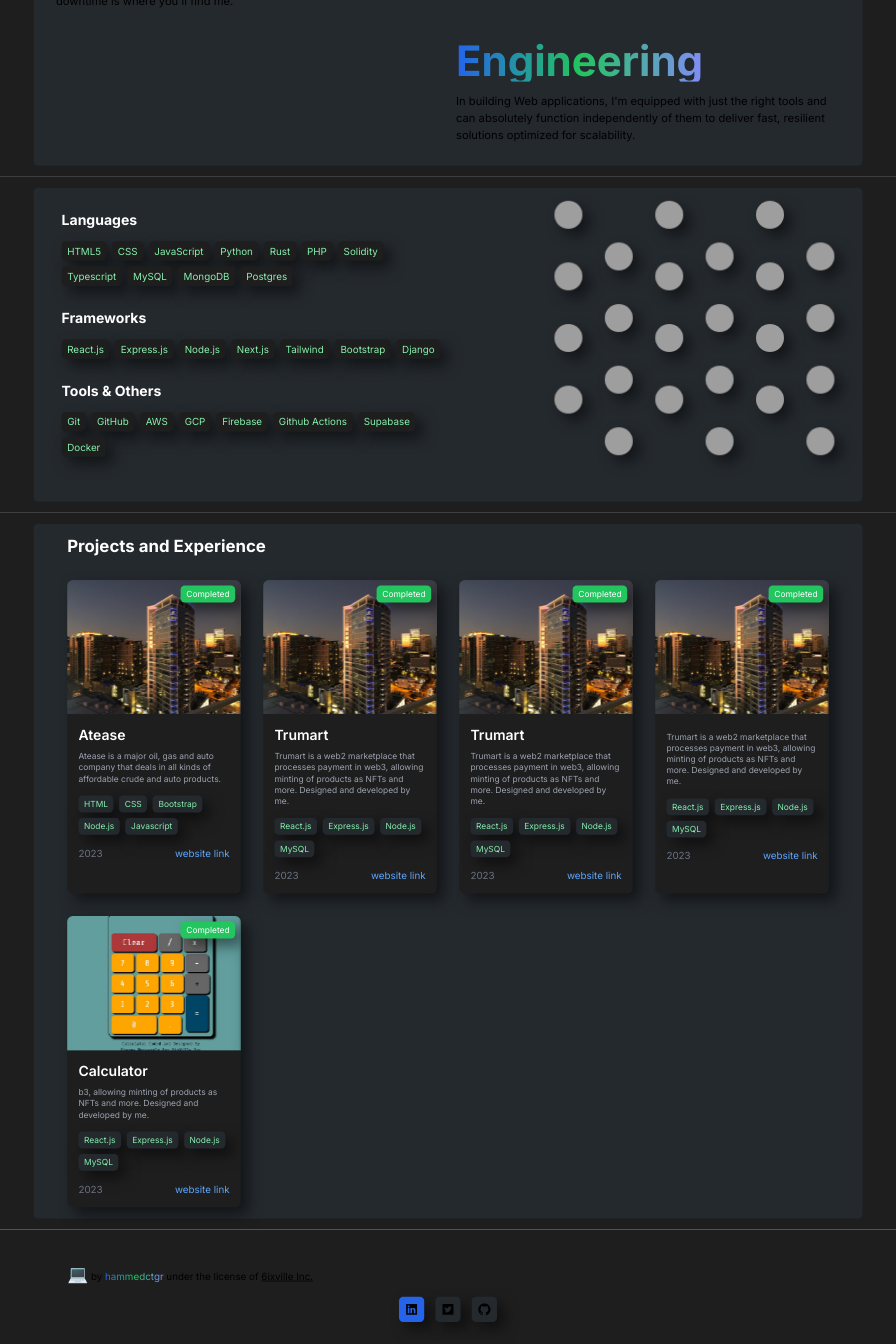
Repository: muhammedctgr/hammedctgr
Page: /
The author's editor kept a copy of each file at every save. The page is drawn from the files as they stood at one save, then again after the next save.
The browser window is 1280 px wide. The pictures show the part of the page from y = 792 to 2712 px (the page is 2712 px tall before and 2680 px after), at 70% of full size.
Pictures or frames that could not be fetched are drawn as grey boxes. The project was rebuilt for these pictures with package versions that can differ from the ones it lists, and the page was loaded fresh each time. The framework's server and built-in components were replaced by stand-ins that run in the browser. Also part of the build but not shown: next.config.mjs.

Above is the page before, as saved 2024-08-16 12:02:09.

### app/layout.tsx
import type { Metadata } from "next";
import { Inter } from "next/font/google";
import "./globals.css";

const inter = Inter({ subsets: ["latin"] });

export const metadata: Metadata = {
  title: "Popoola Muhammed",
  description: "Generated by create next app",
};

export default function RootLayout({
  children,
}: Readonly<{
  children: React.ReactNode;
}>) {
  return (
    <html lang="en">
      <body className={inter.className}>{children}</body>
    </html>
  );
}

### app/page.tsx
import Head from 'next/head';
import Hero from '../components/Hero';
import SkillsSection from '@/components/SkillsSection';
import SummarySection from '@/components/SummarySection';
import ProjectsSection from '@/components/ProjectsSection';
import Footer from '@/components/Footer';

const Home = () => (
  <div>
    <Head>
      <title>Popoola Muhammed | Fullstack Dev</title>
      <meta name="description" content="Welcome to my developer portfolio" />
    </Head>

    <Hero />
    <SummarySection />
    <SkillsSection />
    <ProjectsSection />
    <Footer />
  </div>
);

export default Home;

### app/globals.css
@tailwind base;
@tailwind components;
@tailwind utilities;

:root {
  --foreground-rgb: 0, 0, 0;
  --background-start-rgb: 214, 219, 220;
  --background-end-rgb: 255, 255, 255;
}

@media (prefers-color-scheme: dark) {
  :root {
    --foreground-rgb: 255, 255, 255;
    --background-start-rgb: 0, 0, 0;
    --background-end-rgb: 0, 0, 0;
  }
}

body {
  color: rgb(var(--foreground-rgb));
  background: linear-gradient(
      to bottom,
      transparent,
      rgb(var(--background-end-rgb))
    )
    rgb(var(--background-start-rgb));
}

@layer utilities {
  .text-balance {
    text-wrap: balance;
  }
}


@keyframes upDown {
  0%, 100% {
    transform: translateY(0);
  }
  50% {
    transform: translateY(-10px); /* Adjust the value as needed */
  }
}

.animate-upDown {
  animation: upDown 2s infinite ease-in-out; /* Adjust duration as needed */
}


@keyframes scroll-medium {
  0% {
    transform: translateY(-100%);
  }
  100% {
    transform: translateY(100%);
  }
}

@keyframes scroll-fast {
  0% {
    transform: translateY(-100%);
  }
  100% {
    transform: translateY(30vh);
  }
}

@keyframes scroll-upfast {
  0% {
    transform: translateY(100%);
  }
  100% {
    transform: translateY(-30vh);
  }
}

.animate-scroll-upfast {
  animation: scroll-upfast 2s linear infinite;
}

.animate-scroll-fast {
  animation: scroll-fast 2s linear infinite;
}

.animate-scroll-medium {
  animation: scroll-medium 6s linear infinite;
}

.animate-scroll-delay {
  animation-delay: 2s;
}

.animate-scroll-delay-long {
  animation-delay: 4s;
}

.animate-scroll {
  animation: scroll 10s linear infinite;
}

.neumorph {
  border-radius: 5px;
  background: linear-gradient(145deg, #161414, #1a1818);
  box-shadow:  5px 5px 10px #111010,
               -5px -5px 10px #1f1c1c;
}

@keyframes slide {
  0% { transform: translateX(0); }
  100% { transform: translateX(-100%); }
}

.infinite-scroll {
  display: flex;
  animation: slide 2s ease-in-out infinite;
}

.infinite-scroll img {
  min-width: 100%;
}

### components/Hero.tsx
import Image from 'next/image';
import profilePic from '../public/profile.png';
import { AiFillLinkedin, AiFillGithub, AiFillTwitterSquare, AiFillX } from 'react-icons/ai';

const Hero = () => {
  return (
    <section className="bg-gptGray px-4 py-4 md:pt-8 md:px-8 lg:px-12 text-white flex items-center">
  <div className="container bg-githubGray shadow-lg rounded-md mx-auto flex flex-col md:flex-row md:px-2 relative overflow-hidden">
    <div className="flex-1 text-left p-4 md:p-8">
      <div className="inline-block bg-blue-600 text-black py-1 px-3 mb-4 rounded-md">
        Hi, I’m
      </div>
      <div className="mb-6">
        <h1 className="text-xl md:text-3xl font-bold">Popoola Muhammed</h1>
        <p className="mt-2 text-lg md:text-xl">Full-Stack Developer, I build and manage</p>
      </div>
      <ul className="mt-4 list-disc list-inside text-xs md:text-base">
        <li>Highly Optimized and Responsive <span className="text-blue-600">FRONT-END</span></li>
        <li>Secure and Scalable <span className="text-blue-600">BACK-END & DATABASE</span></li>
        <li><span className="text-blue-600">IT</span> Infrastructure</li>
      </ul>
      <div className="mt-6">
        <a href="#contact" className="underline">Let’s Connect</a>
        <div className="mt-2 flex justify-start space-x-4">
          <a href="#" className="bg-blue-600 p-2 rounded-md shadow-deep-all transform transition-transform duration-300 hover:scale-110">
            <AiFillLinkedin size={20} />
          </a>
          <a href="#" className="bg-githubGray p-2 rounded-md shadow-deep-all transform transition-transform duration-300 hover:scale-110">
            <AiFillTwitterSquare size={20} />
          </a>
          <a href="#" className="bg-githubGray p-2 rounded-md shadow-deep-all transform transition-transform duration-300 hover:scale-110">
            <AiFillGithub size={20} />
          </a>
        </div>
      </div>
    </div>
    <div className="relative flex-1 p-4 md:p-8">
      <img src="https://cdn.jsdelivr.net/gh/devicons/devicon@latest/icons/python/python-original.svg" className="right-4 w-8 h-8 md:w-16 md:h-16 lg:w-16 lg:h-16 bg-gptGray rounded-md animate-bounce shadow-deep-all" />
      <div className="relative w-40 h-40 md:w-72 md:h-72 lg:w-96 lg:h-96 mx-auto">
        <Image src={profilePic} alt="Popoola Muhammed" layout="fill" className="rounded-full object-cover animate-upDown" />
      </div>
      <img src="https://cdn.jsdelivr.net/gh/devicons/devicon@latest/icons/rust/rust-original.svg"  className="w-8 h-8 md:w-16 md:h-16 lg:w-16 lg:h-16 bg-gptGray rounded-3xl shadow-deep-all animate-bounce absolute top-8 right-4" />
      <img src="https://cdn.jsdelivr.net/gh/devicons/devicon@latest/icons/javascript/javascript-original.svg" className="w-8 h-8 md:w-12 md:h-12 lg:w-12 lg:h-12 bg-gptGray rounded-md animate-bounce shadow-deep-all" />
    </div>
    <img src="https://cdn.jsdelivr.net/gh/devicons/devicon@latest/icons/nextjs/nextjs-original.svg" className="w-8 h-8 md:w-12 md:h-12 lg:w-12 lg:h-12 bg-gptGray rounded-3xl shadow-deep-all animate-bounce absolute bottom-4 right-36" />
  </div>
</section>
  );
};

export default Hero;

### components/SkillsSection.tsx
import Image from 'next/image';
import { FC } from 'react';

interface SkillCategory {
  title: string;
  skills: { name: string; }[];
}

const skills: SkillCategory[] = [
  {
    title: "Languages",
    skills: [
      { name: "HTML5",  },
      { name: "CSS", },
      { name: "JavaScript",  },
      { name: "Python", },
      { name: "Rust",  },
      { name: "PHP", },
      { name: "Solidity",  },
      { name: "Typescript",  },
      { name: "MySQL",  },
      { name: "MongoDB", },
      { name: "Postgres", },
    ],
  },
  {
    title: "Frameworks",
    skills: [
      { name: "React.js", },
      { name: "Express.js",  },
      { name: "Node.js", },
      { name: "Next.js", },
      { name: "Tailwind", },
      { name: "Bootstrap", },
      { name: "Django", }
    ],
  },
  {
    title: "Tools & Others",
    skills: [
      { name: "Git",  },
      { name: "GitHub",  },
      { name: "AWS", },
      { name: "GCP", },
      { name: "Firebase", },
      { name: "Github Actions", },
      { name: "Supabase",  },
      { name: "Docker",  },
    ],
  },
];

const icons = [
  "/icons/html5.svg", // Replace with your icon paths
  "/icons/css3.svg",
  "/icons/javascript.svg",
  "/icons/python.svg",
  // Add the rest of the icons as needed
];

const SkillsSection: FC = () => {
  return (
  <section className="px-4 py-4 md:px-8 lg:px-12 bg-gptGray text-white w-full h-full">
  <div className="container bg-githubGray rounded-md mx-auto flex flex-col md:flex-row items-start md:px-2">
    <div className="flex-1 p-4 md:p-8">
      {skills.map((category) => (
        <div key={category.title} className="mb-8">
          <h2 className="text-lg md:text-xl font-bold mb-4 ">{category.title}</h2>
          <div className="flex flex-wrap gap-2">
            {category.skills.map((skill) => (
              <span
                key={skill.name}
                className={`px-2 py-1 rounded-md text-sm shadow-deep-all bg-gptGray text-green-300`}
              >
                {skill.name}
              </span>
            ))}
          </div>
        </div>
      ))}
    </div>
    <div className="flex-1 flex flex-col items-center md:items-end overflow-hidden md:pb-8">
      <div className="grid grid-cols-6 md:grid-cols-6 gap-8 p-4 md:p-8">
      <img src="https://cdn.jsdelivr.net/gh/devicons/devicon@latest/icons/html5/html5-original.svg" className="w-10 h-10 md:w-10 md:h-10 lg:w-10 lg:h-10 bg-gptGray rounded-3xl shadow-deep-all mt-4 animate-scroll-fast" />
      <img src="https://cdn.jsdelivr.net/gh/devicons/devicon@latest/icons/css3/css3-original.svg" className="w-10 h-10 md:w-10 md:h-10 lg:w-10 lg:h-10 bg-gptGray rounded-3xl shadow-deep-all mt-4 animate-scroll-upfast" />
      <img src="https://cdn.jsdelivr.net/gh/devicons/devicon@latest/icons/javascript/javascript-original.svg" className="w-10 h-10 md:w-10 md:h-10 lg:w-10 lg:h-10 bg-gptGray rounded-3xl shadow-deep-all mt-4 animate-scroll-fast" />
      <img src="https://cdn.jsdelivr.net/gh/devicons/devicon@latest/icons/python/python-original.svg" className="w-10 h-10 md:w-10 md:h-10 lg:w-10 lg:h-10 bg-gptGray rounded-3xl shadow-deep-all mt-4 animate-scroll-upfast" />
      <img src="https://cdn.jsdelivr.net/gh/devicons/devicon@latest/icons/rust/rust-original.svg"  className="w-10 h-10 md:w-10 md:h-10 lg:w-10 lg:h-10 bg-gptGray rounded-3xl shadow-deep-all mt-4 animate-scroll-fast" />
      <img src="https://cdn.jsdelivr.net/gh/devicons/devicon@latest/icons/php/php-original.svg" className="w-10 h-10 md:w-10 md:h-10 lg:w-10 lg:h-10 bg-gptGray rounded-3xl shadow-deep-all mt-4 animate-scroll-upfast"  />
      <img src="https://cdn.jsdelivr.net/gh/devicons/devicon@latest/icons/solidity/solidity-original.svg" className="w-10 h-10 md:w-10 md:h-10 lg:w-10 lg:h-10 bg-gptGray rounded-3xl shadow-deep-all mt-4 animate-scroll-fast" />
      <img src="https://cdn.jsdelivr.net/gh/devicons/devicon@latest/icons/typescript/typescript-original.svg" className="w-10 h-10 md:w-10 md:h-10 lg:w-10 lg:h-10 bg-gptGray rounded-3xl shadow-deep-all mt-4 animate-scroll-upfast" />
      <img src="https://cdn.jsdelivr.net/gh/devicons/devicon@latest/icons/mysql/mysql-original.svg" className="w-10 h-10 md:w-10 md:h-10 lg:w-10 lg:h-10 bg-gptGray rounded-3xl shadow-deep-all mt-4 animate-scroll-fast" />
      <img src="https://cdn.jsdelivr.net/gh/devicons/devicon@latest/icons/mongodb/mongodb-original.svg" className="w-10 h-10 md:w-10 md:h-10 lg:w-10 lg:h-10 bg-gptGray rounded-3xl shadow-deep-all mt-4 animate-scroll-upfast" />
      <img src="https://cdn.jsdelivr.net/gh/devicons/devicon@latest/icons/react/react-original.svg" className="w-10 h-10 md:w-10 md:h-10 lg:w-10 lg:h-10 bg-gptGray rounded-3xl shadow-deep-all mt-4 animate-scroll-fast" />
      <img src="https://cdn.jsdelivr.net/gh/devicons/devicon@latest/icons/nextjs/nextjs-original.svg" className="w-10 h-10 md:w-10 md:h-10 lg:w-10 lg:h-10 bg-gptGray rounded-3xl shadow-deep-all mt-4 animate-scroll-upfast" />
      <img src="https://cdn.jsdelivr.net/gh/devicons/devicon@latest/icons/tailwindcss/tailwindcss-original.svg" className="w-10 h-10 md:w-10 md:h-10 lg:w-10 lg:h-10 bg-gptGray rounded-3xl shadow-deep-all mt-4 animate-scroll-fast" />
      <img src="https://cdn.jsdelivr.net/gh/devicons/devicon@latest/icons/git/git-original.svg" className="w-10 h-10 md:w-10 md:h-10 lg:w-10 lg:h-10 bg-gptGray rounded-3xl shadow-deep-all mt-4 animate-scroll-upfast" />
      <img src="https://cdn.jsdelivr.net/gh/devicons/devicon@latest/icons/github/github-original.svg" className="w-10 h-10 md:w-10 md:h-10 lg:w-10 lg:h-10 bg-gptGray rounded-3xl shadow-deep-all mt-4 animate-scroll-fast" />
      <img src="https://cdn.jsdelivr.net/gh/devicons/devicon@latest/icons/amazonwebservices/amazonwebservices-original-wordmark.svg" className="w-10 h-10 md:w-10 md:h-10 lg:w-10 lg:h-10 bg-gptGray rounded-3xl shadow-deep-all mt-4 animate-scroll-upfast" />
      <img src="https://cdn.jsdelivr.net/gh/devicons/devicon@latest/icons/googlecloud/googlecloud-original.svg" className="w-10 h-10 md:w-10 md:h-10 lg:w-10 lg:h-10 bg-gptGray rounded-3xl shadow-deep-all mt-4 animate-scroll-fast" />
      <img src="https://cdn.jsdelivr.net/gh/devicons/devicon@latest/icons/postgresql/postgresql-original.svg" className="w-10 h-10 md:w-10 md:h-10 lg:w-10 lg:h-10 bg-gptGray rounded-3xl shadow-deep-all mt-4 animate-scroll-upfast" />
      <img src="https://cdn.jsdelivr.net/gh/devicons/devicon@latest/icons/supabase/supabase-original.svg" className="w-10 h-10 md:w-10 md:h-10 lg:w-10 lg:h-10 bg-gptGray rounded-3xl shadow-deep-all mt-4 animate-scroll-fast" />
      <img src="https://cdn.jsdelivr.net/gh/devicons/devicon@latest/icons/docker/docker-original.svg" className="w-10 h-10 md:w-10 md:h-10 lg:w-10 lg:h-10 bg-gptGray rounded-3xl shadow-deep-all mt-4 animate-scroll-upfast" />
      <img src="https://cdn.jsdelivr.net/gh/devicons/devicon@latest/icons/django/django-plain.svg" className="w-10 h-10 md:w-10 md:h-10 lg:w-10 lg:h-10 bg-gptGray rounded-3xl shadow-deep-all mt-4 animate-scroll-fast" />
      <img src="https://cdn.jsdelivr.net/gh/devicons/devicon@latest/icons/bootstrap/bootstrap-original.svg" className="w-10 h-10 md:w-10 md:h-10 lg:w-10 lg:h-10 bg-gptGray rounded-3xl shadow-deep-all mt-4 animate-scroll-upfast" />
      <img src="https://cdn.jsdelivr.net/gh/devicons/devicon@latest/icons/nodejs/nodejs-original.svg" className="w-10 h-10 md:w-10 md:h-10 lg:w-10 lg:h-10 bg-gptGray rounded-3xl shadow-deep-all mt-4 animate-scroll-fast" />
      <img src="https://cdn.jsdelivr.net/gh/devicons/devicon@latest/icons/githubactions/githubactions-original.svg" className="w-10 h-10 md:w-10 md:h-10 lg:w-10 lg:h-10 bg-gptGray rounded-3xl shadow-deep-all mt-4 animate-scroll-upfast" />
      </div>
    </div>
  </div>
</section>
  );
};

export default SkillsSection;

### components/SummarySection.tsx
import { FC } from 'react';

const SummarySection: FC = () => {
  return (
<section className="px-4 py-4 md:px-8 lg:px-12 bg-gptGray relative overflow-hidden">
  <div className="container bg-githubGray mx-auto flex rounded-md flex-col md:flex-row justify-between items-start md:px-8 p-4 md:p-8">
    <div className=" mb-8 md:mb-8">
      <div className="mb-4">
        <span className="text-4xl md:text-6xl font-bold bg-gradient-to-r from-blue-600 via-green-500 to-indigo-400 inline-block text-transparent bg-clip-text">Software</span>
      </div>
      <p className="text-sm md:text-base">
        I'm probably not the typical dev stationed behind a computer, but building state-of-the-art web apps, optimizing performance for scale and avoiding downtime is where you'll find me.
      </p>
    </div>
    <div className=" md:mt-48">
      <div className="mb-4">
        <span className="text-4xl md:text-6xl font-bold bg-gradient-to-r from-blue-600 via-green-500 to-indigo-400 inline-block text-transparent bg-clip-text">Engineering</span>
      </div>
      <p className="text-sm md:text-base">
        In building Web applications, I'm equipped with just the right tools and can absolutely function independently of them to deliver fast, resilient solutions optimized for scalability.
      </p>
    </div>
  </div>
</section>
  );
};

export default SummarySection;

### components/ProjectsSection.tsx
import { FC } from 'react';

interface Project {
  title: string;
  description: string;
  technologies: string[];
  date: string;
  status: string;
  images: string[];
  link: string;
}

const projects: Project[] = [
  {
    title: "Atease",
    description: "Atease is a major oil, gas and auto company that deals in all kinds of affordable crude and auto products.",
    technologies: ["HTML", "CSS", "Bootstrap", "Node.js", "Javascript"],
    date: "2023",
    status: "Completed",
    images: ["pic1.jpg", "pic1.jpg", "pic1.jpg"],
    link: "https://ateasegroup.com",
  },
  {
    title: "Trumart",
    description: "Trumart is a web2 marketplace that processes payment in web3, allowing minting of products as NFTs and more. Designed and developed by me.",
    technologies: ["React.js", "Express.js", "Node.js", "MySQL"],
    date: "2023",
    status: "Completed",
    images: ["pic1.jpg", "pic1.jpg", "pic1.jpg"],
    link: "https://example.com",
  },
  {
    title: "Trumart",
    description: "Trumart is a web2 marketplace that processes payment in web3, allowing minting of products as NFTs and more. Designed and developed by me.",
    technologies: ["React.js", "Express.js", "Node.js", "MySQL"],
    date: "2023",
    status: "Completed",
    images: ["pic1.jpg", "pic1.jpg",],
    link: "https://example.com",
  },
  {
    title: "",
    description: "Trumart is a web2 marketplace that processes payment in web3, allowing minting of products as NFTs and more. Designed and developed by me.",
    technologies: ["React.js", "Express.js", "Node.js", "MySQL"],
    date: "2023",
    status: "Completed",
    images: ["pic1.jpg", "pic1.jpg",],
    link: "https://example.com",
  },
  {
    title: "Calculator",
    description: "b3, allowing minting of products as NFTs and more. Designed and developed by me.",
    technologies: ["React.js", "Express.js", "Node.js", "MySQL"],
    date: "2023",
    status: "Completed",
    images: ["calc1.jpg", "calc2.jpg",],
    link: "https://example.com",
  },
  // Add more projects as needed...
];

const ProjectsSection: FC = () => {
  return (
    <section className="bg-gptGray md:px-8 px-4 py-4 lg:px-12">
      <div className="container bg-githubGray rounded-md mx-auto md:px-8">
        <h2 className="text-2xl font-bold text-white p-4">Projects and Experience</h2>
        <div className="grid grid-cols-1 sm:grid-cols-3 lg:grid-cols-4 gap-8 p-4">
          {projects.map((project, index) => (
            <div key={index} className="bg-gptGray rounded-lg overflow-hidden shadow-deep-all transform transition-transform duration-300 hover:scale-105 ">
              <div className="relative w-full h-48 overflow-hidden">
                <div className="absolute inset-0 flex animate-slide infinite-scroll">
                  {project.images.map((image, i) => (
                    <img key={i} src={image} alt={`${project.title} image ${i + 1}`} className="w-full h-full object-cover shadow-deep-all" />
                  ))}
                </div>
                <span className="shadow-deep-all absolute top-2 right-2 bg-green-500 text-xs text-white px-2 py-1 rounded-md">{project.status}</span>
              </div>
              <div className="p-4">
                <h3 className="text-xl font-semibold text-white mb-2">{project.title}</h3>
                <p className="text-gray-400 text-xs mb-4">{project.description}</p>
                <div className="flex flex-wrap gap-2 mb-4">
                  {project.technologies.map((tech, i) => (
                    <span key={i} className="bg-githubGray shadow-deep-all text-green-300 text-xs px-2 py-1 rounded-md">{tech}</span>
                  ))}
                </div>
                <div className="flex justify-between items-center">
                  <span className="text-gray-500 text-sm">{project.date}</span>
                  <a href={project.link} target="_blank" rel="noopener noreferrer" className="text-blue-400 hover:underline text-sm">website link</a>
                </div>
              </div>
            </div>
          ))}
        </div>
      </div>
    </section>
  );
};

export default ProjectsSection;

### components/Footer.tsx
import { AiFillLinkedin, AiFillGithub, AiFillTwitterSquare, AiFillX } from 'react-icons/ai';

const Footer = () => {
    return (
        <div className="bg-gptGray px-4 py-4 md:pt-4 md:px-4 lg:px-12">
            <div className='bg-gptGray px-4 py-4 md:pt-8 md:px-12 text-sm'>
                <p>
                <span className='text-2xl'>&#128187;</span> by <span className='bg-gradient-to-r from-blue-600 via-green-500 to-indigo-400 inline-block text-transparent bg-clip-text'>hammedctgr</span> under the license of <a href="https://6ixville.github.io/" target="_blank" rel="noopener noreferrer" className='underline'>6ixville Inc.</a>
                </p>
                <div className="">
                    <div className="flex justify-center space-x-4 mt-4">
                        <a href="#" className="bg-blue-600 p-2 rounded-md shadow-deep-all transform transition-transform duration-300 hover:scale-110">
                            <AiFillLinkedin size={20} />
                        </a>
                        <a href="#" className="bg-githubGray p-2 rounded-md shadow-deep-all transform transition-transform duration-300 hover:scale-110">
                            <AiFillTwitterSquare size={20} />
                        </a>
                        <a href="#" className="bg-githubGray p-2 rounded-md shadow-deep-all transform transition-transform duration-300 hover:scale-110">
                            <AiFillGithub size={20} />
                        </a>
                    </div>
                </div>
            </div>
       </div>
     );
}

export default Footer;

### tailwind.config.ts
import type { Config } from "tailwindcss";

const config: Config = {
  content: [
    "./pages/**/*.{js,ts,jsx,tsx,mdx}",
    "./components/**/*.{js,ts,jsx,tsx,mdx}",
    "./app/**/*.{js,ts,jsx,tsx,mdx}",
  ],
  theme: {
    extend: {
      backgroundImage: {
        "gradient-radial": "radial-gradient(var(--tw-gradient-stops))",
        "gradient-conic":
          "conic-gradient(from 180deg at 50% 50%, var(--tw-gradient-stops))",
      },
      colors: {
        githubGray: '#24292e',
        gptGray: '#1e1e1e', // Define the exact color
        gradient: 'bg-gradient-to-r from-blue-600 via-green-500 to-indigo-400 inline-block text-transparent bg-clip-text'
      },
      boxShadow: {
        'deep-right': '10px 10px 20px rgba(0, 0, 0, 0.25)',  // Right side shadow
        'deep-left': '-10px 10px 20px rgba(0, 0, 0, 0.25)',  // Left side shadow
        'deep-top': '10px -10px 20px rgba(0, 0, 0, 0.25)',   // Top side shadow
        'deep-bottom': '10px 10px 20px rgba(0, 0, 0, 0.25)', // Bottom side shadow
        'deep-all': '10px 10px 20px rgba(0, 0, 0, 0.5)',     // All sides shadow
      }
    },
  },
  plugins: [],
};
export default config;

After the next save:
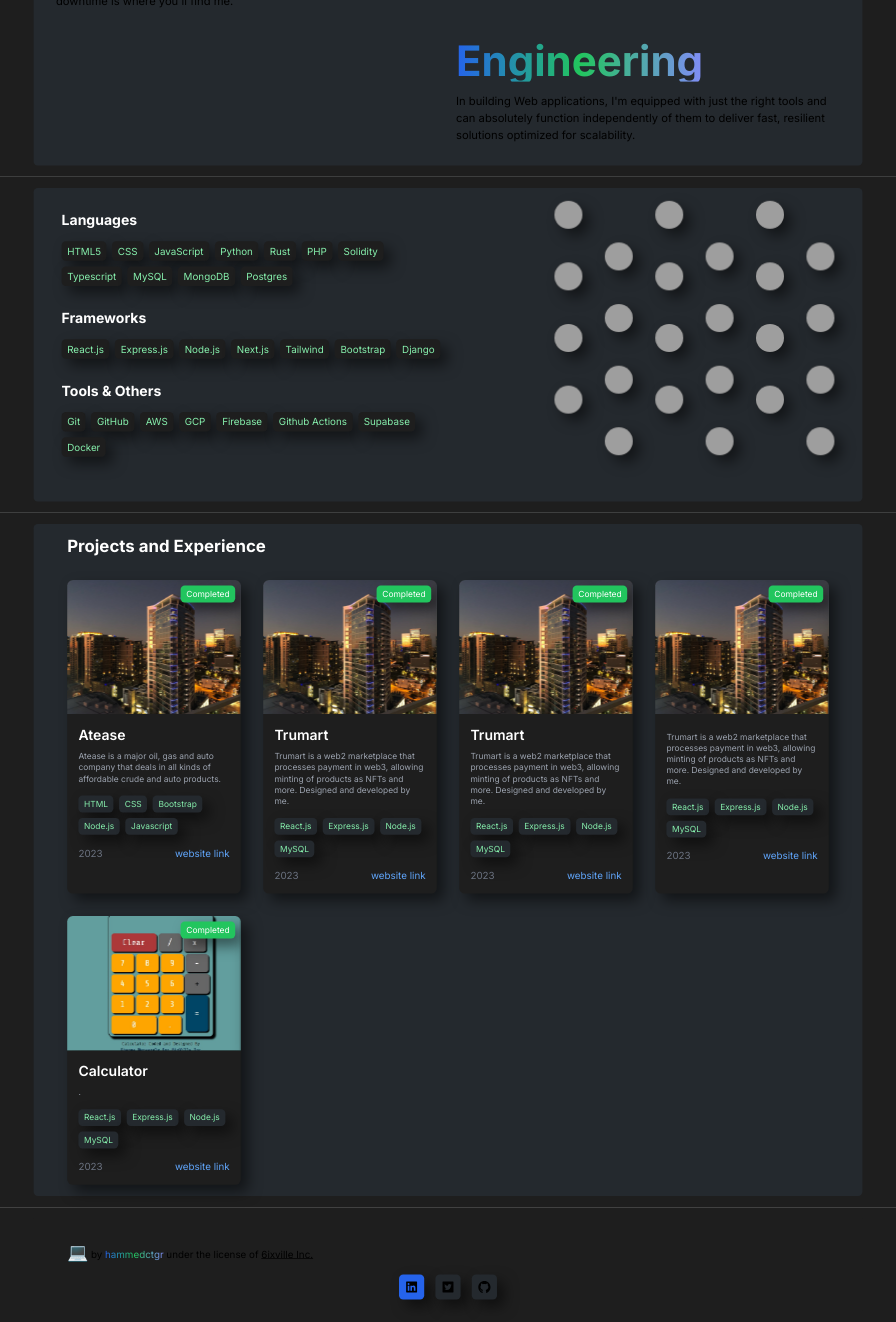
Saved 6 s later.
--- a/components/ProjectsSection.tsx
+++ b/components/ProjectsSection.tsx
@@ -49,7 +49,7 @@ const projects: Project[] = [
   },
   {
     title: "Calculator",
-    description: "b3, allowing minting of products as NFTs and more. Designed and developed by me.",
+    description: ".",
     technologies: ["React.js", "Express.js", "Node.js", "MySQL"],
     date: "2023",
     status: "Completed",
